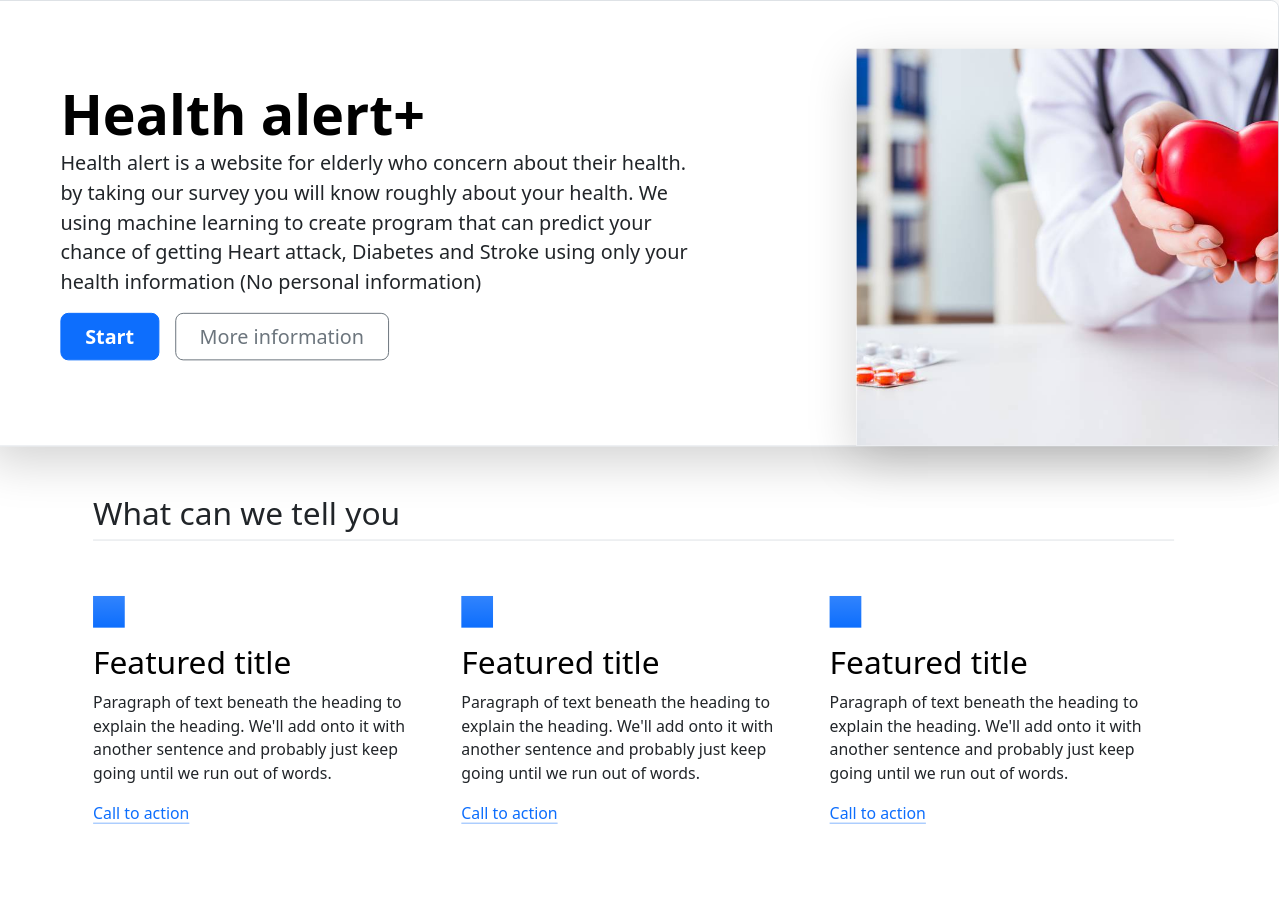
Repository: aneforollll/webapp
Page: index.html
These files come from the project's save history. The page is drawn as it stood at one moment and after the next save; the edit follows.
The browser window is 1280 px wide. The page is 1292 px wide, so the pictures cover 1292 px, including what lies to the right of the window. The pictures show the whole page, at 99% of full size.

Above is the page before, as saved 2023-12-12 10:16:13.

### index.html
<!doctype html>
<html lang="en">
  <head>
    <meta charset="utf-8">
    <meta name="viewport" content="width=device-width, initial-scale=1">
    <title>Bootstrap demo</title>
    <link href="https://cdn.jsdelivr.net/npm/bootstrap@5.3.2/dist/css/bootstrap.min.css" rel="stylesheet" integrity="sha384-T3c6CoIi6uLrA9TneNEoa7RxnatzjcDSCmG1MXxSR1GAsXEV/Dwwykc2MPK8M2HN" crossorigin="anonymous">
  </head>
  <body>

    <script src="https://cdn.jsdelivr.net/npm/bootstrap@5.3.2/dist/js/bootstrap.bundle.min.js" integrity="sha384-C6RzsynM9kWDrMNeT87bh95OGNyZPhcTNXj1NW7RuBCsyN/o0jlpcV8Qyq46cDfL" crossorigin="anonymous"></script>
    <div class="row p-4 pb-0 pe-lg-0 pt-lg-5 align-items-center rounded-3 border shadow-lg">
        <div class="col-lg-7 p-3 p-lg-5 pt-lg-3">
          <h1 class="display-4 fw-bold lh-1 text-body-emphasis">Health alert+</h1>
          <p class="lead">Health alert is a website for elderly who concern about their health. by taking our survey you will know roughly about your health.
            We using machine learning to create program that can predict your chance of getting Heart attack, Diabetes and Stroke using only your health information (No personal information) </p>
          <div class="d-grid gap-2 d-md-flex justify-content-md-start mb-4 mb-lg-3">
            <button type="button" class="btn btn-primary btn-lg px-4 me-md-2 fw-bold">Start</button>
            <button type="button" class="btn btn-outline-secondary btn-lg px-4">More information</button>
          </div>
        </div>
        <div class="col-lg-4 offset-lg-1 p-0 overflow-hidden shadow-lg">
            <img class="rounded-lg-3" src="images/heart.jpg" alt="" width="600
            ">
        </div>
      </div>
      <div class="container px-4 py-5" id="featured-3">
        <h2 class="pb-2 border-bottom">What can we tell you</h2>
        <div class="row g-4 py-5 row-cols-1 row-cols-lg-3">
          <div class="feature col">
            <div class="feature-icon d-inline-flex align-items-center justify-content-center text-bg-primary bg-gradient fs-2 mb-3">
              <svg class="bi" width="1em" height="1em"><use xlink:href="#collection"></use></svg>
            </div>
            <h3 class="fs-2 text-body-emphasis">Featured title</h3>
            <p>Paragraph of text beneath the heading to explain the heading. We'll add onto it with another sentence and probably just keep going until we run out of words.</p>
            <a href="#" class="icon-link">
              Call to action
              <svg class="bi"><use xlink:href="#chevron-right"></use></svg>
            </a>
          </div>
          <div class="feature col">
            <div class="feature-icon d-inline-flex align-items-center justify-content-center text-bg-primary bg-gradient fs-2 mb-3">
              <svg class="bi" width="1em" height="1em"><use xlink:href="#people-circle"></use></svg>
            </div>
            <h3 class="fs-2 text-body-emphasis">Featured title</h3>
            <p>Paragraph of text beneath the heading to explain the heading. We'll add onto it with another sentence and probably just keep going until we run out of words.</p>
            <a href="#" class="icon-link">
              Call to action
              <svg class="bi"><use xlink:href="#chevron-right"></use></svg>
            </a>
          </div>
          <div class="feature col">
            <div class="feature-icon d-inline-flex align-items-center justify-content-center text-bg-primary bg-gradient fs-2 mb-3">
              <svg class="bi" width="1em" height="1em"><use xlink:href="#toggles2"></use></svg>
            </div>
            <h3 class="fs-2 text-body-emphasis">Featured title</h3>
            <p>Paragraph of text beneath the heading to explain the heading. We'll add onto it with another sentence and probably just keep going until we run out of words.</p>
            <a href="#" class="icon-link">
              Call to action
              <svg class="bi"><use xlink:href="#chevron-right"></use></svg>
            </a>
          </div>
        </div>
      </div>




  </body>
</html>

After the next save:
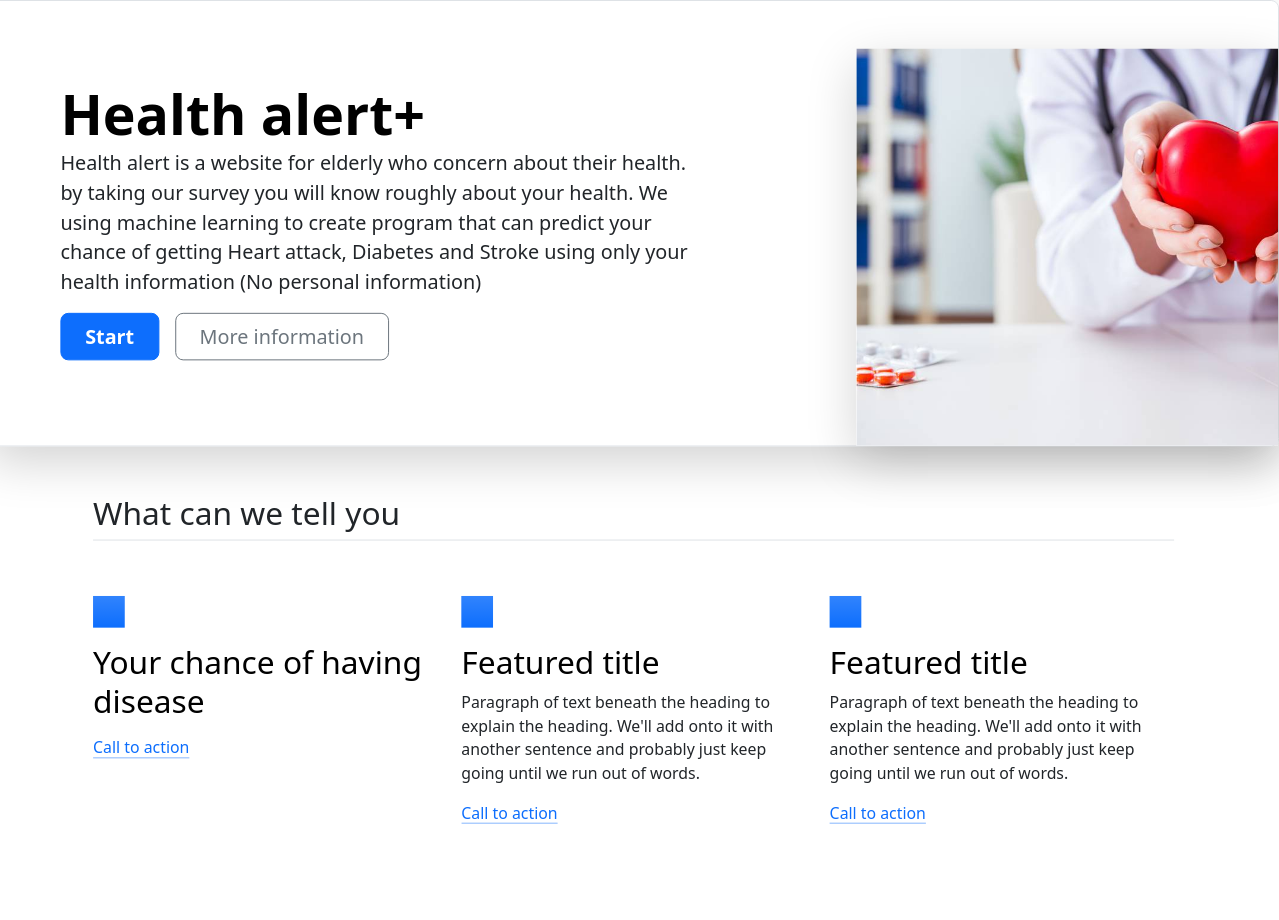
Saved 3 s later.
--- a/index.html
+++ b/index.html
@@ -31,8 +31,8 @@
             <div class="feature-icon d-inline-flex align-items-center justify-content-center text-bg-primary bg-gradient fs-2 mb-3">
               <svg class="bi" width="1em" height="1em"><use xlink:href="#collection"></use></svg>
             </div>
-            <h3 class="fs-2 text-body-emphasis">Featured title</h3>
-            <p>Paragraph of text beneath the heading to explain the heading. We'll add onto it with another sentence and probably just keep going until we run out of words.</p>
+            <h3 class="fs-2 text-body-emphasis">Your chance of having disease</h3>
+            <p></p>
             <a href="#" class="icon-link">
               Call to action
               <svg class="bi"><use xlink:href="#chevron-right"></use></svg>
